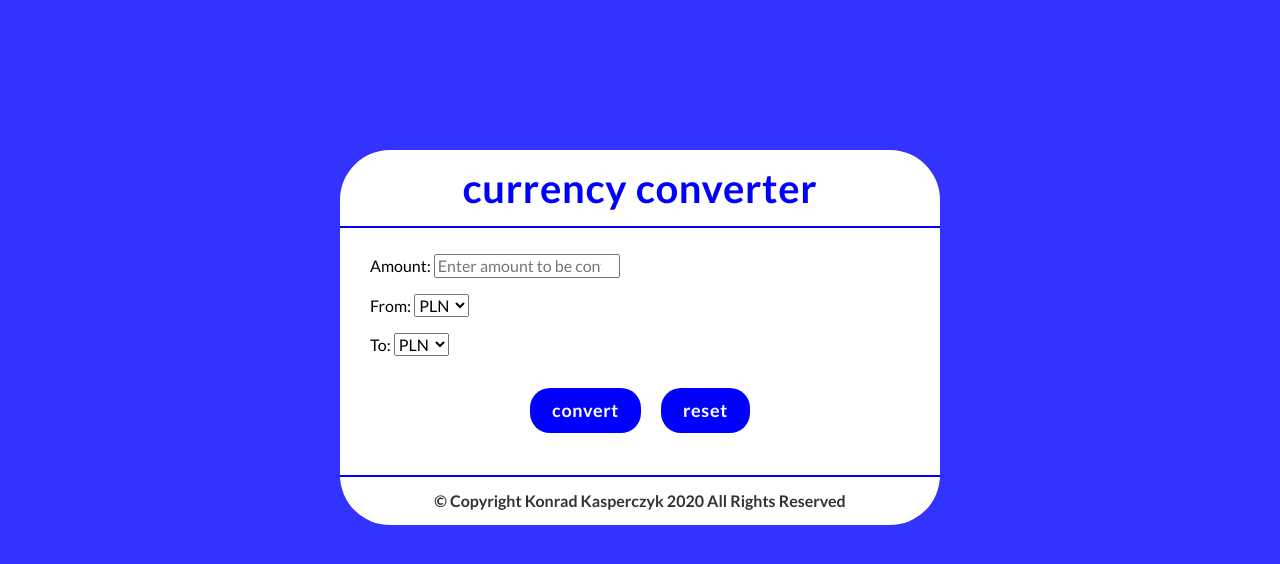
Repository: kkasperczyk/currency-converter
Page: index.html
The author's editor kept a copy of each file at every save. The page is drawn from the files as they stood at one save, then again after a run of saves.
The browser window is 1280 px wide. The pictures show the whole page.

Above is the page before, as saved 2020-06-16 09:42:41.
Console error: SyntaxError: Unexpected end of input

### index.html
<!DOCTYPE html>
<html lang="en">

<head>
    <meta charset="UTF-8">
    <meta name="viewport" content="width=device-width, initial-scale=1.0">
    <link rel="stylesheet" href="https://cdnjs.cloudflare.com/ajax/libs/normalize/8.0.1/normalize.min.css"
        integrity="sha256-l85OmPOjvil/SOvVt3HnSSjzF1TUMyT9eV0c2BzEGzU=" crossorigin="anonymous" />
    <link rel="stylesheet" href="css/global.css">
    <link rel="stylesheet" href="css/container.css">
    <link rel="stylesheet" href="css/header.css">
    <link rel="stylesheet" href="css/main.css">
    <link rel="stylesheet" href="css/form.css">
    <link rel="stylesheet" href="css/footer.css">
    <script defer src="js/script.js"></script>
    <link href="https://fonts.googleapis.com/css2?family=Lato:ital,wght@0,400;0,700;1,400&display=swap"
        rel="stylesheet">
    <title>Currency Converter</title>
</head>

<body>
    <div class="container">
        <header class="header">
            <h1 class="header__title">Currency Converter
        </header>
        <main class="main">
            <form class="form">
                <p>
                    <label>
                        Amount:
                        <input class="form__amount js-form__amount" type="number" name="amount" min="0.01" step="any" required
                            placeholder="Enter amount to be converted">
                    </label>
                </p>
                <p>
                    <label>
                        From:
                        <select required>
                            <option value="">PLN</option>
                            <option value="">USD</option>
                            <option value="">GBP</option>
                        </select>
                    </label>
                </p>
                <p>
                    <label>
                        To:
                        <select required>
                            <option value="">PLN</option>
                            <option value="">USD</option>
                            <option value="">GBP</option>
                        </select>
                    </label>
                </p>
                <div class="form__buttons">
                    <p>
                        <button class="form__button">Convert</button>
                    </p>
                    <p>
                        <button class="form__button" type="reset">Reset</button>
                    </p>
                </div>
            </form>
            <p class="convertedResult">

            </p>
        </main>
        <footer class="footer">
            <span>&copy Copyright Konrad Kasperczyk 2020 All Rights Reserved</span>
        </footer>
    </div>
</body>

</html>

### css/global.css
html {
  box-sizing: border-box;
}

*,
::after,
::before {
  box-sizing: inherit;
}

body {
  font-family: "Lato", sans-serif;
  background-color: hsl(240, 100%, 60%);
}

### css/container.css
.container {
    max-width: 600px;
    margin: 0 auto;
    background-color: white;
    border-radius: 50px;
    margin-top: 150px;
}

### css/header.css
.header {
    text-align: center;
    border-bottom: 2px solid hsl(240, 100%, 50%);
}

.header__title {
    color: hsl(240, 100%, 50%);
    padding: 15px;
    font-size: 40px;
    letter-spacing: 0.7px;
    margin: 0;
    text-transform: lowercase;
}

### css/main.css
.main {
    background-color: white;
    padding: 10px 30px;
}

### css/form.css
.form__buttons {
    display: flex;
    justify-content: center;
}

.form__button {
    margin: 0 10px;
    background-color: hsl(240, 100%, 50%);
    color: white;
    padding: 10px 20px;
    text-transform: lowercase;
    font-size: 18px;
    font-weight: bold;
    letter-spacing: 0.7px;
    border: 2px solid transparent;
    border-radius: 20px;
}

.form__button:hover {
    background-color: white;
    color: hsl(240, 100%, 50%);
    border: 2px solid hsl(240, 100%, 50%);
    cursor: pointer;
}

### css/footer.css
.footer {
    text-align: center;
    border-top: 2px solid hsl(240, 100%, 50%);
    color: #333;
    font-weight: bold;
    padding: 15px;
}

### js/script.js
console.log("Hi all developers! Nice to see you here.");

let amount = document.querySelector(".js-form__amount");

amount.

After the next 3 saves:
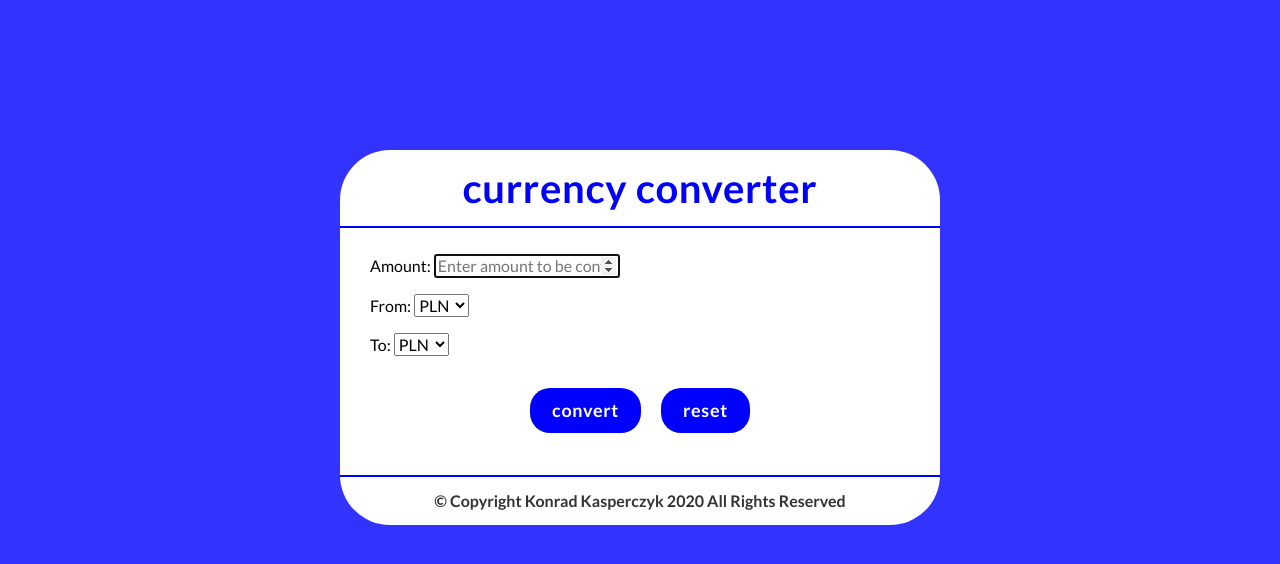
The error is gone.
The 3 saves are shown as one change because they came seconds apart.
The last was saved 10 s later.
--- a/js/script.js
+++ b/js/script.js
@@ -2,4 +2,4 @@ console.log("Hi all developers! Nice to see you here.");
 
 let amount = document.querySelector(".js-form__amount");
 
-amount.
+amount.focus();
